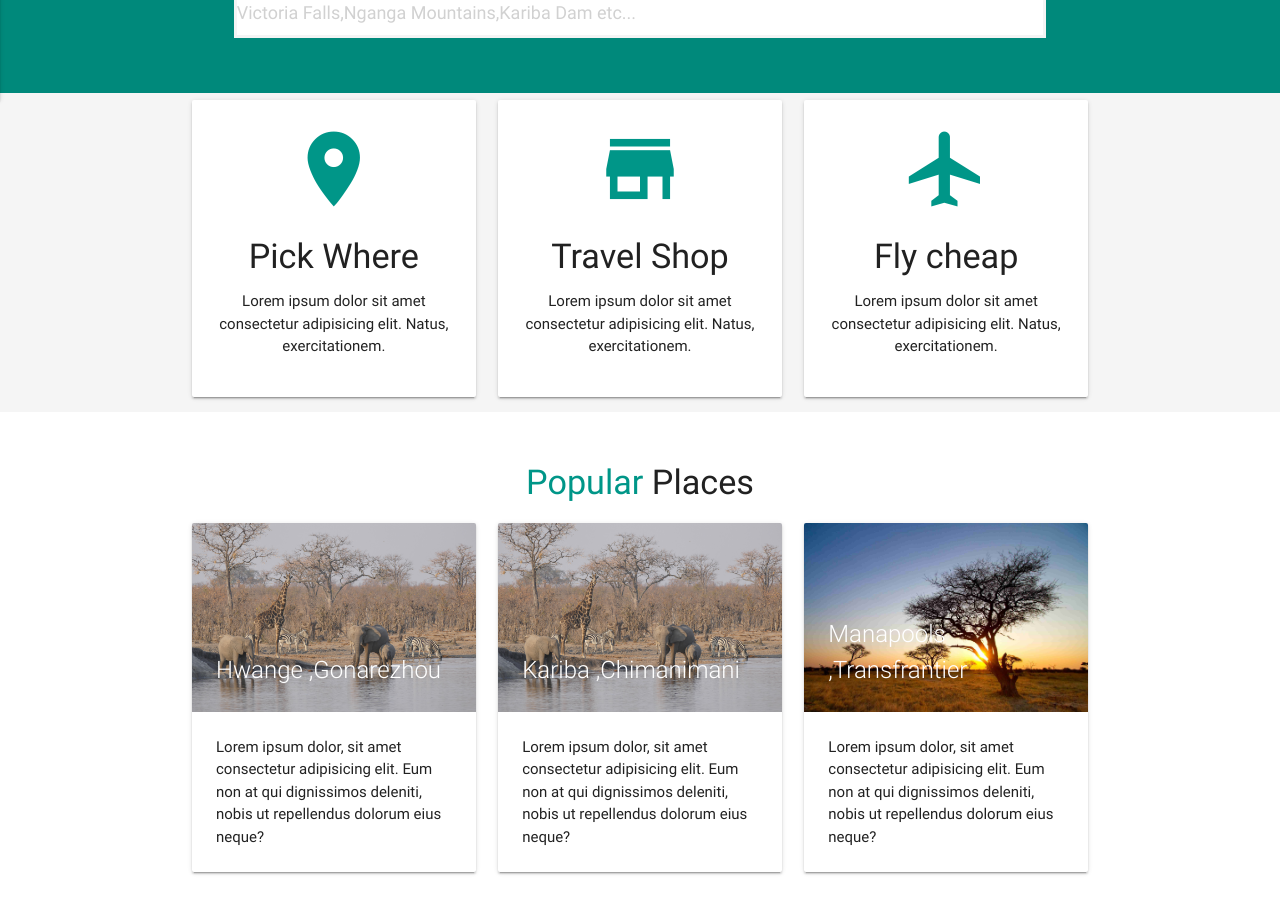
Repository: farrdy/materialize_website1_zim
Page: index.html
These files come from the project's save history. The page is drawn as it stood at one moment and after the next save; the edit follows.
The browser window is 1280 px wide. The pictures show the part of the page from y = 680 to 1632 px (the page is 1602 px tall before and 1632 px after).
Some web libraries are served in a nearby version.

Above is the page before, as saved 2020-01-01 22:38:35.

### index.html
<!DOCTYPE html>
<html>
  <head>
    <!--Import Google Icon Font-->
    <link
      href="https://fonts.googleapis.com/icon?family=Material+Icons"
      rel="stylesheet"
    />
    <!--Import materialize.css-->
    <link
      type="text/css"
      rel="stylesheet"
      href="css/materialize.min.css"
      media="screen,projection"
    />
    <link type="text/css" rel="stylesheet" href="css/main.css" />
    <script
      src="https://kit.fontawesome.com/04d0fe07bd.js"
      crossorigin="anonymous"
    ></script>

    <!--Let browser know website is optimized for mobile-->
    <meta name="viewport" content="width=device-width, initial-scale=1.0" />
    <title>Custom Materialize Theme</title>
  </head>

  <body>
    <div class="navbar-fixed">
      <nav class="teal">
        <div class="container">
          <div class="nav-wrapper">
            <a href="#Home" class="brand-logo">Zimbabwe Travelville</a>
            <a href="#" data-activates="mobile-nav" class="button-collapse">
              <i class="material-icons">menu</i>
            </a>
            <ul class=" right hide-on-med-and-down">
              <li><a href="#home">Home</a></li>
              <li><a href="#search">Search</a></li>
              <li><a href="#popular">Popular Places</a></li>
              <li><a href="#gallery">Gallery</a></li>
              <li><a href="#contact">Contact</a></li>
            </ul>
          </div>
        </div>
      </nav>
    </div>
    <ul class="side-nav" id="mobile-nav">
      <li><a href="#home">Home</a></li>
      <li><a href="#search">Search</a></li>
      <li><a href="#popular">Popular Places</a></li>
      <li><a href="#gallery">Gallery</a></li>
      <li><a href="#contact">Contact</a></li>
    </ul>

    <section class="slider">
      <ul class="slides">
        <li>
          <img src="img/resort1.jpg" alt="" />
          <div class="caption center-align">
            <h2>Take your dream vacation</h2>
            <h5 class="light grey-text  text-lighten-3 hide-on-small-only">
              Lorem ipsum, dolor sit amet consectetur adipisicing elit. Ipsam
              culpa optio explicabo! Facilis iure dolorem exercitationem
            </h5>
            <a href="#" class="btn btn-large">Learn More</a>
          </div>
        </li>
        <li>
          <img src="img/resort2.jpg" alt="" />
          <div class="caption left-align">
            <h2>We works with all budgets</h2>
            <h5 class="light grey-text  text-lighten-3 hide-on-small-only">
              Lorem ipsum, dolor sit amet consectetur adipisicing elit. Ipsam
              culpa optio explicabo! Facilis iure dolorem exercitationem
            </h5>
            <a href="#" class="btn btn-large">Learn More</a>
          </div>
        </li>
        <li>
          <img src="img/resort3.jpg" alt="" />
          <div class="caption right-align">
            <h2>Group & Individual Getaways</h2>
            <h5 class="light grey-text  text-lighten-3 hide-on-small-only">
              Lorem ipsum, dolor sit amet consectetur adipisicing elit. Ipsam
              culpa optio explicabo! Facilis iure dolorem exercitationem
            </h5>
            <a href="#" class="btn btn-large">Learn More</a>
          </div>
        </li>
      </ul>
    </section>

    <!-- Section :Search -->
    <section class="section section-search teal darken-1 white-text center">
      <div class="container">
        <div class="row">
          <div class="col s12">
            <h3>Search Destinations</h3>
            <div class="input-field">
              <input
                type="text"
                class="white grey-text autocomplete"
                placeholder="Victoria Falls,Nganga Mountains,Kariba Dam etc..."
                id="autocomplete-input"
              />
            </div>
          </div>
        </div>
      </div>
    </section>
    <!-- Section :Icon Boxes -->

    <section class="section-icons grey lighten-4 center">
      <div class="container">
        <div class="row">
          <div class="col s12 m4">
            <div class="card-panel">
              <i class="material-icons large teal-text">room</i>
              <h4>Pick Where</h4>
              <p>
                Lorem ipsum dolor sit amet consectetur adipisicing elit. Natus,
                exercitationem.
              </p>
            </div>
          </div>
          <div class="col s12 m4">
            <div class="card-panel">
              <i class="material-icons large teal-text">store</i>
              <h4>Travel Shop</h4>
              <p>
                Lorem ipsum dolor sit amet consectetur adipisicing elit. Natus,
                exercitationem.
              </p>
            </div>
          </div>
          <div class="col s12 m4">
            <div class="card-panel">
              <i class="material-icons large teal-text">airplanemode_active</i>
              <h4>Fly cheap</h4>
              <p>
                Lorem ipsum dolor sit amet consectetur adipisicing elit. Natus,
                exercitationem.
              </p>
            </div>
          </div>
        </div>
      </div>
    </section>

    <!-- Section:Popular -->

    <section class=" section section-popular">
      <div class="container">
        <div class="row">
          <h4 class="center">
            <span class="teal-text">Popular</span>
            Places
          </h4>
          <div class="col s12 m4">
            <div class="card">
              <div class="card-image">
                <img src="img/resort2.jpg" alt="" />
                <span class="card-title">Hwange ,Gonarezhou</span>
              </div>
              <div class="card-content">
                <p>
                  Lorem ipsum dolor, sit amet consectetur adipisicing elit. Eum
                  non at qui dignissimos deleniti, nobis ut repellendus dolorum
                  eius neque?
                </p>
              </div>
            </div>
          </div>
          <div class="col s12 m4">
            <div class="card">
              <div class="card-image">
                <img src="img/resort2.jpg" alt="" />
                <span class="card-title">Kariba ,Chimanimani</span>
              </div>
              <div class="card-content">
                <p>
                  Lorem ipsum dolor, sit amet consectetur adipisicing elit. Eum
                  non at qui dignissimos deleniti, nobis ut repellendus dolorum
                  eius neque?
                </p>
              </div>
            </div>
          </div>
          <div class="col s12 m4">
            <div class="card">
              <div class="card-image">
                <img src="img/resort3.jpg" alt="" />
                <span class="card-title">Manapools ,Transfrantier</span>
              </div>
              <div class="card-content">
                <p>
                  Lorem ipsum dolor, sit amet consectetur adipisicing elit. Eum
                  non at qui dignissimos deleniti, nobis ut repellendus dolorum
                  eius neque?
                </p>
              </div>
            </div>
          </div>
        </div>
      </div>
    </section>

    <!--Import jQuery before materialize.js-->
    <script
      type="text/javascript"
      src="https://code.jquery.com/jquery-3.2.1.min.js"
    ></script>
    <script type="text/javascript" src="js/materialize.min.js"></script>

    <script>
      $(document).ready(function() {
        // Custom JS & jQuery here
        $(".button-collapse").sideNav();

        $(".slider").slider({
          indicators: false,
          height: 500,
          transition: 500,
          interval: 6000
        });

        $(".autocomplete").autocomplete({
          data: {
            Nyanga: null,
            Kariba: null,
            "Victoria Falls": null,
            "Gonarezhouu National park": null,
            "Hwange National Park": null,
            "Manapools National Park": null,
            Chimanimani: null
          }
        });
      });
    </script>
  </body>
</html>

### css/main.css
.slider .btn {
  margin-top: 20px;
}

.section-search input {
  padding: 5x !important;
  font-size: 18px !important;
  width: 90% !important;
  border: #f4f4f4 3px solid !important;
}

.autocomplete-content {
  position: absolute;
  width: 100%;
  text-align: center;
}

Loaded but not shown: css/materialize.min.css (library); js/materialize.min.js (library)

After the next save:
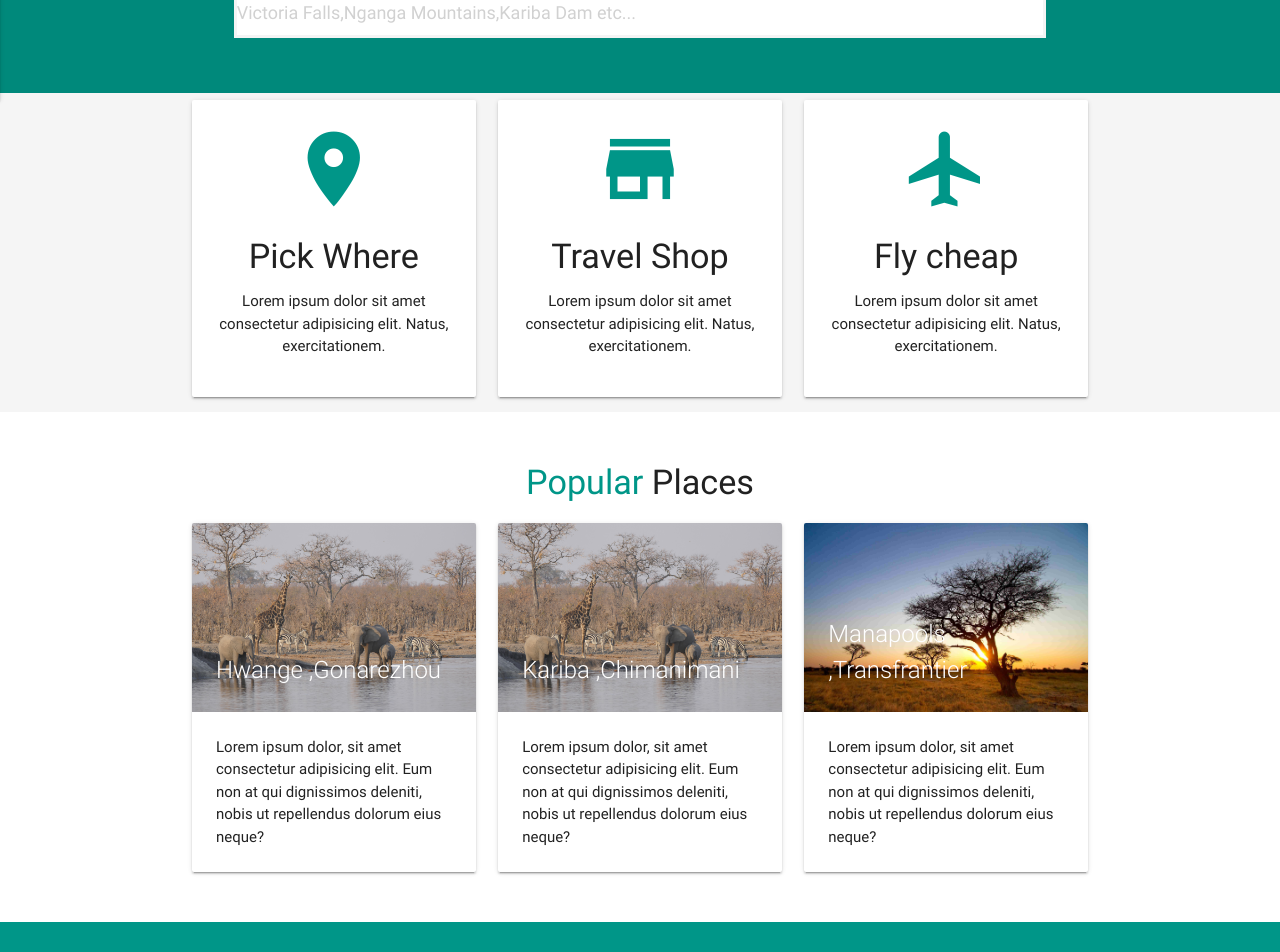
Saved 2 min 13 s later.
--- a/index.html
+++ b/index.html
@@ -205,6 +205,10 @@
       </div>
     </section>
 
+    <!-- Section:Follow -->
+
+    <section class="section section-follow teal darkern-2 white-text"></section>
+
     <!--Import jQuery before materialize.js-->
     <script
       type="text/javascript"
